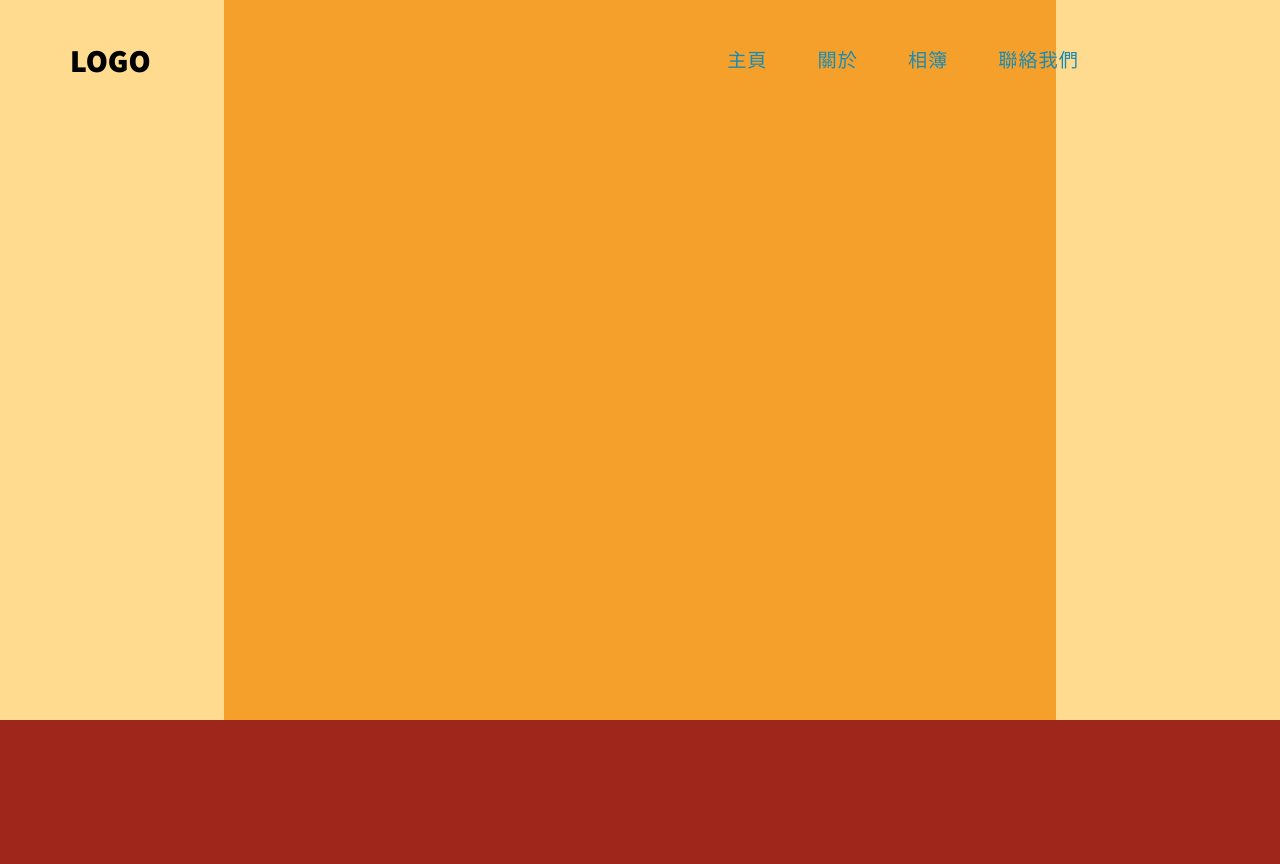
Repository: KevinYu0515/guanghui-food-website
Page: /
These files come from the project's save history. The page is drawn as it stood at one moment and after the next save; the edit follows.
The browser window is 1280 px wide. The pictures show the whole page.
The project was rebuilt for these pictures with package versions that can differ from the ones it lists, and the page was loaded fresh each time. Also part of the build but not shown: vue.config.js.

Above is the page before, as saved 2022-03-17 14:46:20.

### src/App.vue
<template>
  <div class="app">
    <Navbar></Navbar>
      <router-view/>
    <Footer></Footer>
  </div>
</template>

<script>
import Navbar from './components/Navbar.vue';
import Footer from './components/Footer.vue';
export default {
  name:"App",
  components:{
    Navbar,
    Footer
  }
}
</script>

<style lang="scss">
@import url('https://fonts.googleapis.com/css2?family=Assistant:wght@800&family=Quicksand&family=Ubuntu&display=swap');
* {
  font-family: 'Assistant', Helvetica, Arial, sans-serif;
  background-color: #FEDB8E;
  justify-content: center;
  align-items: center;
  margin:0;
}
</style>

### src/router/index.js
import { createRouter, createWebHistory } from 'vue-router'
import Home from '../views/Home.vue'

const routes = [
  {
    path: '/',
    name: 'Home',
    component: Home
  },
  {
    path: '/home',
    component: Home
  },
  {
    path: '/about',
    name: 'About',
    component: Home
  },
  {
    path: '/picture',
    name: 'Picture',
    component: Home
  },
  {
    path: '/contact',
    name: 'Contact',
    component: Home
  }
]

const router = createRouter({
  history: createWebHistory(process.env.BASE_URL),
  routes
})

export default router

### src/components/Navbar.vue
<template>
    <div id="header">
      <router-link to="/" class="logo">Logo</router-link>
      <ul>
          <li><router-link to="/home">主頁</router-link> </li>
          <li><router-link to="/about">關於</router-link> </li>
          <li><router-link to="/picture">相簿</router-link> </li>
          <li><router-link to="/contact">聯絡我們</router-link> </li>
      </ul>
    </div>
</template>

<script>
export default {
  name: 'Navbar',
}
</script>

<!-- Add "scoped" attribute to limit CSS to this component only -->
<style scoped lang="scss">
@import "@/assets/scss/navbar.scss";
</style>

### src/components/Footer.vue
<template>
  <div class="footer">
  </div>
</template>

<script>
export default {
 name:'Footer',
}
</script>

<style>
.footer{
    background:#9E261B;
    height:20vh;
    width: 100%;
}
</style>

### src/views/Home.vue
<template>
  <div class='home'>
  </div>
</template>

<script>

export default {
  name: 'Home',
}
</script>

<style lang="scss" scoped>
.home{
  margin: 0 auto 0 auto;
  background: #F5A02A;
  width: 65%;
  height: 100vh;
}
.home_picture{
  height:80%;
  width:80%;
}
</style>

### src/assets/scss/navbar.scss

#header{
    position: fixed;
    top: 0;
    left: 20px;
    width:80%;
    height: 80px;
    padding: 20px 100px 0px 50px;
    display: flex;
    justify-content: space-between;
    align-items: center;
    background: none;
    .logo{
      color:rgb(0, 0, 0);
      font-weight: 700;
      text-decoration: none;
      font-size:2em;
      text-transform: uppercase;
      background: none;
    }
    ul{
      display: flex;
      justify-content: center;
      align-items: center;
      background: none;
      li{
        list-style: none;
        margin-left: 20px;
        background: none;
        a{
            color:rgb(27, 138, 179);
            background: none;
            height:50px;
            line-height: 50px;
            display: inline-block;
            text-decoration: none;
            font-size: 1.2em;
            padding: 0 15px;
            letter-spacing: 1px;
            cursor: pointer;
            &:hover{
                color:aliceblue;
                border-radius: 20px;
                background-color: #AF3314;
            }
          }
          a.router-link-exact-active{
              color: #e73727;
          }
        }
      }
  }

Loaded but not shown: public/index.html (common file); src/main.js (common file)

After the next save:
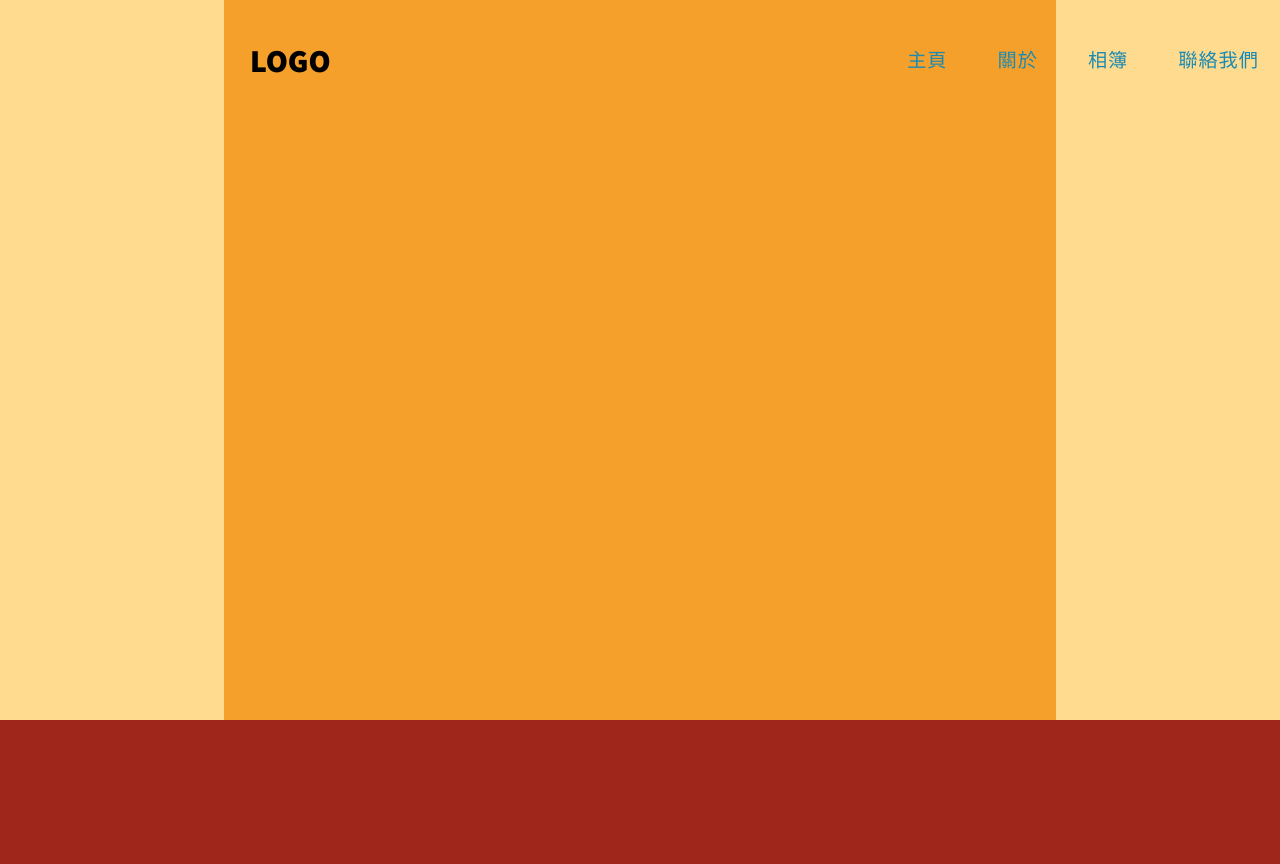
Saved 7 s later.
--- a/src/assets/scss/navbar.scss
+++ b/src/assets/scss/navbar.scss
@@ -2,7 +2,7 @@
 #header{
     position: fixed;
     top: 0;
-    left: 20px;
+    left: 200px;
     width:80%;
     height: 80px;
     padding: 20px 100px 0px 50px;
